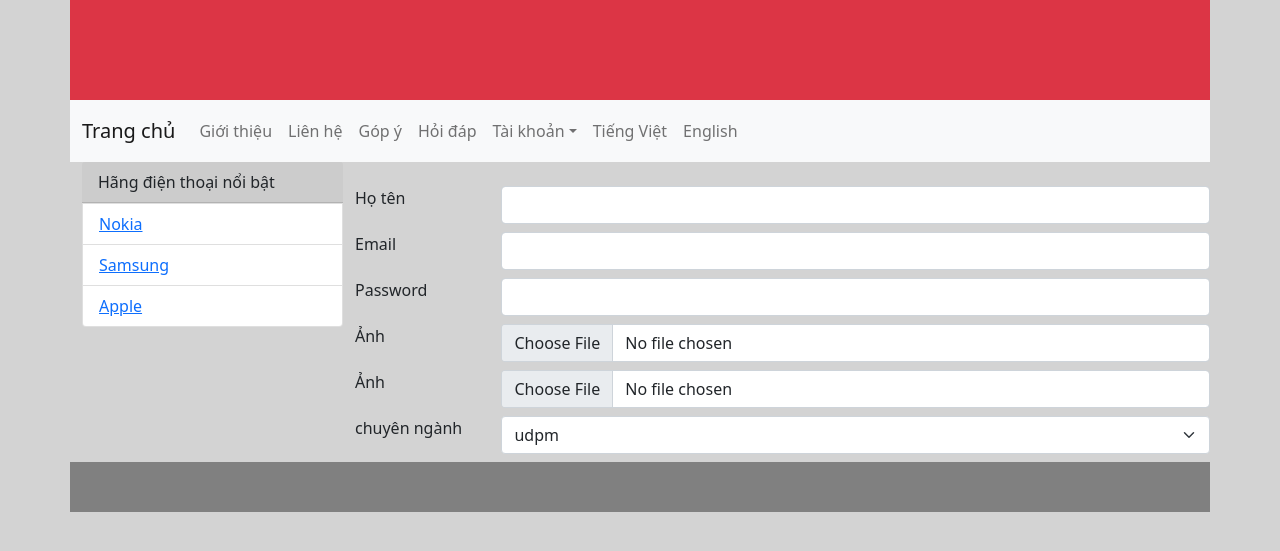
Repository: minhtu5502/fontendFamework
Page: day1 copy/index.html
The author's editor kept a copy of each file at every save. The page is drawn from the files as they stood at one save, then again after the next save.
The browser window is 1280 px wide. The pictures show the whole page.

Above is the page before, as saved 2022-01-08 16:05:21.

After the next save:
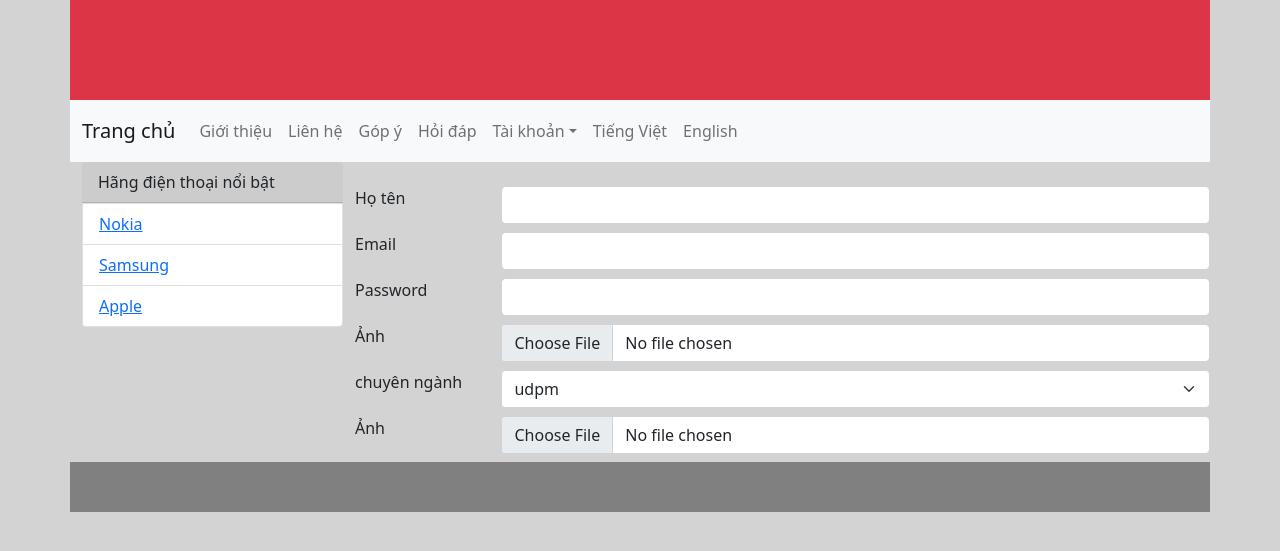
Saved 6 s later.
--- a/day1 copy/index.html
+++ b/day1 copy/index.html
@@ -110,11 +110,6 @@
 
                         </div>
                         <div class="mt-2 row">
-                            <label for="" class="col-2">Ảnh</label>
-                            <div class="col-10"><input type="file" name="avatar" class="form-control" /></div>
-
-                        </div>
-                        <div class="mt-2 row">
                             <label for="" class="col-2">chuyên ngành</label>
                             <div class="col-10">
                                 <select name="" id="" class="form-select">
@@ -123,6 +118,11 @@
                                     <option value="ltmt">ltmt</option>
                                 </select>
                             </div>
+
+                        </div>
+                        <div class="mt-2 row">
+                            <label for="" class="col-2">Ảnh</label>
+                            <div class="col-10"><input type="file" name="avatar" class="form-control" /></div>
 
                         </div>
                     </form>
